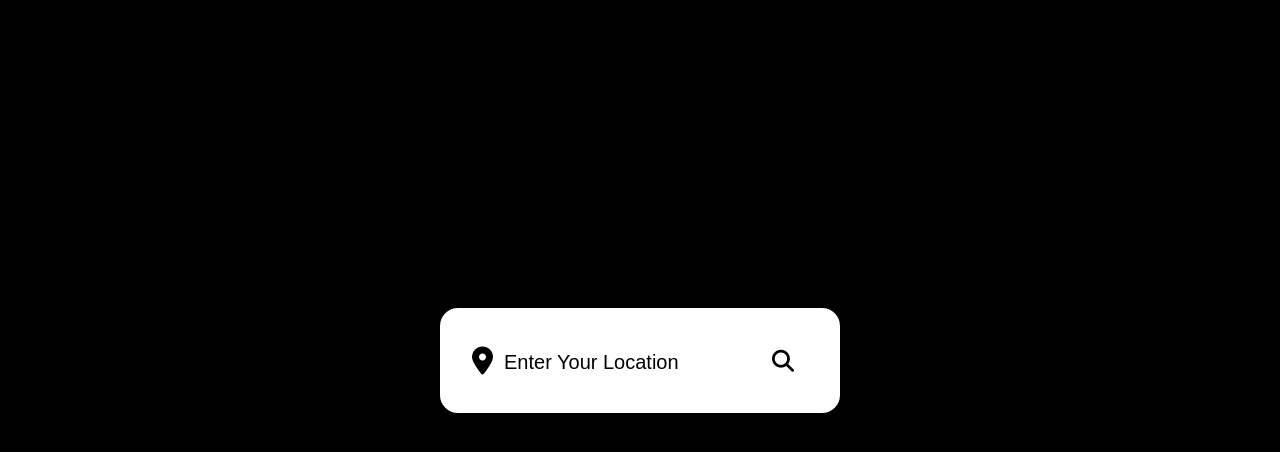
Repository: Pr1s0n3r627/weather
Page: index.html
The author's editor kept a copy of each file at every save. The page is drawn from the files as they stood at one save, then again after the next save.
The browser window is 1280 px wide. The pictures show the whole page.
Some web libraries are served in a nearby version.

Above is the page before, as saved 2024-05-19 00:12:42.

### index.html
<!DOCTYPE html>
<html lang="en">

<head>
    <meta charset="UTF-8">
    <meta http-equiv="X-UA-Compatible" content="IE=edge">
    <meta name="viewport" content="width=device-width, initial-scale=1.0">
    <link
        href="https://fonts.googleapis.com/css2?family=Poppins:wght@300;400;500;600;700;800;900&family=Roboto:wght@300;400;500;700;900&display=swap"
        rel="stylesheet">
    <link rel="stylesheet" href="style.css">
    <title>Day #10 - Weather App | AsmrProg</title>
</head>

<body>

    <div class="container">
        <div class="search-box">
            <i class="fa-solid fa-location-dot"></i>
            <input type="text" placeholder="Enter your location">
            <button class="fa-solid fa-magnifying-glass"></button>
        </div>

        <div class="not-found">
            <img src="not-found.png">
            <p>Oops! Invalid location :/</p>
        </div>

        <div class="weather-box">
            <img src="">
            <p class="temperature"></p>
            <p class="description"></p>
        </div>

        <div class="weather-details">
            <div class="humidity">
                <i class="fa-solid fa-water"></i>
                <div class="text">
                    <span></span>
                    <p>Humidity</p>
                </div>
            </div>
            <div class="wind">
                <i class="fa-solid fa-wind"></i>
                <div class="text">
                    <span></span>
                    <p>Wind Speed</p>
                </div>
            </div>
        </div>

    </div>

    <script src="https://kit.fontawesome.com/7c8801c017.js" crossorigin="anonymous"></script>
    <script src="index.js"></script>
</body>

</html>

### style.css
*{
    margin: 0;
    padding: 0;
    border: 0;
    outline: none;
    box-sizing: border-box;
}

body{
    height: 100vh;
    display: flex;
    align-items: center;
    justify-content: center;
    background: #000000;
}

.container{
    position: relative;
    width: 400px;
    height: 105px;
    background: #fff;
    padding: 28px 32px;
    overflow: hidden;
    border-radius: 18px;
    font-family: 'Roboto', sans-serif;
    transition: 0.6s ease-out;
}

.search-box{
    width: 100%;
    height: min-content;
    display: flex;
    align-items: center;
    justify-content: space-between;
}

.search-box input{
    color: #000000;
    width: 80%;
    font-size: 24px;
    font-weight: 500;
    text-transform: uppercase;
    padding-left: 32px;
}

.search-box input::placeholder{
    font-size: 20px;
    font-weight: 500;
    color: #000000;
    text-transform: capitalize;
}

.search-box button{
    cursor: pointer;
    width: 50px;
    height: 50px;
    color: #000000;
    background: #ffffff;
    border-radius: 50%;
    font-size: 22px;
    transition: 0.4s ease;
}

.search-box button:hover{
    color: #ffffff;
    background: #000000;
}

.search-box i{
    position: absolute;
    color: #000000;
    font-size: 28px;
}

.weather-box{
    text-align: center;
}

.weather-box img{
    width: 60%;
    margin-top: 30px;
}

.weather-box .temperature{
    position: relative;
    color: #000000;
    font-size: 4rem;
    font-weight: 800;
    margin-top: 30px;
    margin-left: -16px;
}

.weather-box .temperature span{
    position: absolute;
    margin-left: 4px;
    font-size: 1.5rem;
}

.weather-box .description{
    color: #000000;
    font-size: 22px;
    font-weight: 500;
    text-transform: capitalize;
}

.weather-details{
    width: 100%;
    display: flex;
    justify-content: space-between;
    margin-top: 30px;
}

.weather-details .humidity, .weather-details .wind{
    display: flex;
    align-items: center;
    width: 50%;
    height: 100px;
}

.weather-details .humidity{
    padding-left: 20px;
    justify-content: flex-start;
}

.weather-details .wind{
    padding-right: 20px;
    justify-content: flex-end;
}

.weather-details i{
    color: #000000;
    font-size: 26px;
    margin-right: 10px;
    margin-top: 6px;
}

.weather-details span{
    color: #000000;
    font-size: 22px;
    font-weight: 500;
}

.weather-details p{
    color: #000000;
    font-size: 14px;
    font-weight: 500;
}

.not-found{
    width: 100%;
    text-align: center;
    margin-top: 50px;
    scale: 0;
    opacity: 0;
    display: none;
}

.not-found img{
    width: 70%;
}

.not-found p{
    color: #000000;
    font-size: 22px;
    font-weight: 500;
    margin-top: 12px;
}

.weather-box, .weather-details{
    scale: 0;
    opacity: 0;
}

.fadeIn{
    animation: 0.1s fadeIn forwards;
    animation-delay: 0.1s;
}

@keyframes fadeIn{
    to {
        scale: 1;
        opacity: 1;
    }
}

### index.js
const container = document.querySelector('.container');
const search = document.querySelector('.search-box button');
const weatherBox = document.querySelector('.weather-box');
const weatherDetails = document.querySelector('.weather-details');
const error404 = document.querySelector('.not-found');

search.addEventListener('click', () => {

    const APIKey = '31178648be1d7e33f1973f3df9c4405a';
    const city = document.querySelector('.search-box input').value;

    if (city === '')
        return;

    fetch(`https://api.openweathermap.org/data/2.5/weather?q=${city}&units=metric&appid=${APIKey}`)
        .then(response => response.json())
        .then(json => {

            if (json.cod === '404') {
                container.style.height = '500px';
                weatherBox.style.display = 'none';
                weatherDetails.style.display = 'none';
                error404.style.display = 'block';
                error404.classList.add('fadeIn');
                return;
            }

            error404.style.display = 'none';
            error404.classList.remove('fadeIn');

            const image = document.querySelector('.weather-box img');
            const temperature = document.querySelector('.weather-box .temperature');
            const description = document.querySelector('.weather-box .description');
            const humidity = document.querySelector('.weather-details .humidity span');
            const wind = document.querySelector('.weather-details .wind span');

            switch (json.weather[0].main) {
                case 'Clear':
                    image.src = 'images/clear.png';
                    break;

                case 'Rain':
                    image.src = 'images/rain.png';
                    break;

                case 'Snow':
                    image.src = 'images/snow.png';
                    break;

                case 'Clouds':
                    image.src = 'images/cloud.png';
                    break;

                case 'Haze':
                    image.src = 'images/mist.png';
                    break;

                default:
                    image.src = '';
            }

            temperature.innerHTML = `${parseInt(json.main.temp)}<span>°C</span>`;
            description.innerHTML = `${json.weather[0].description}`;
            humidity.innerHTML = `${json.main.humidity}%`;
            wind.innerHTML = `${parseInt(json.wind.speed)}Km/h`;

            weatherBox.style.display = '';
            weatherDetails.style.display = '';
            weatherBox.classList.add('fadeIn');
            weatherDetails.classList.add('fadeIn');
            container.style.height = '590px';


        });


});

After the next save:
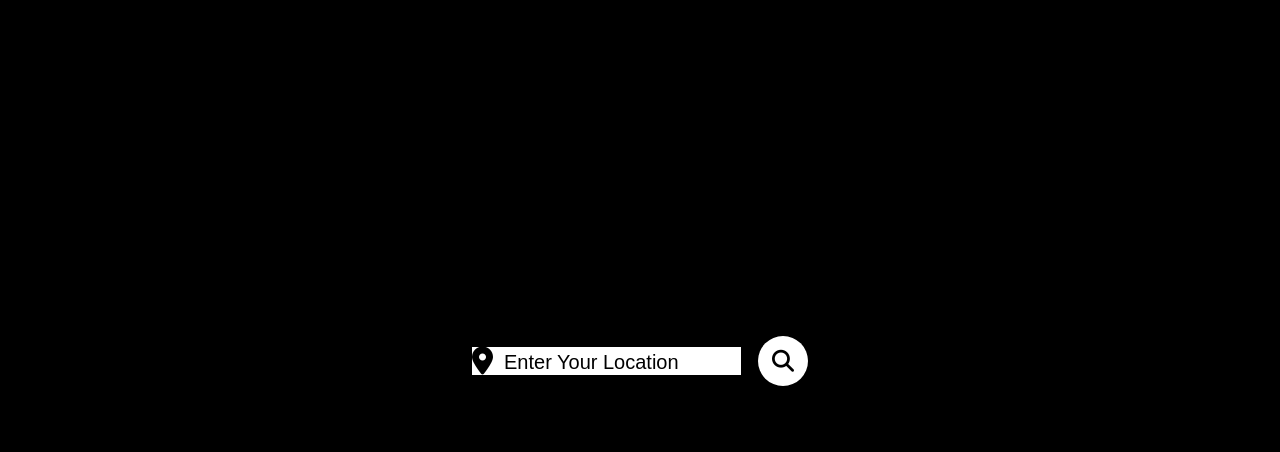
Saved 29 s later.
--- a/style.css
+++ b/style.css
@@ -18,7 +18,7 @@ body{
     position: relative;
     width: 400px;
     height: 105px;
-    background: #fff;
+    background: #000000;
     padding: 28px 32px;
     overflow: hidden;
     border-radius: 18px;
